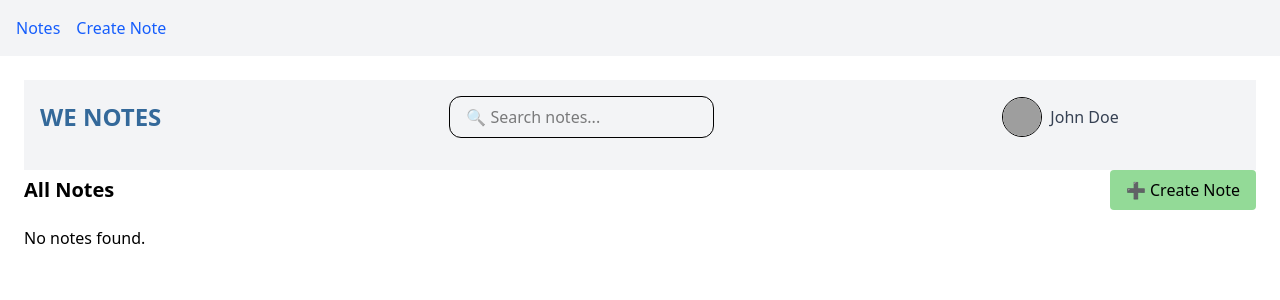
Repository: pin-seavmuy/NoteApplication
Page: / (app in note-vue/)
An editor plug-in stored every save of this project. The page is shown before and after a run of saves, followed by the edit.
The browser window is 1280 px wide. The pictures show the whole page.
Pictures or frames that could not be fetched are drawn as grey boxes. The page's requests for data from a server got no answer. The project was rebuilt for these pictures with package versions that can differ from the ones it lists, and the page was loaded fresh each time. No one was signed in, and anything a server would have sent is missing. Also part of the build but not shown: note-vue/vite.config.ts, note-vue/src/components/NoteWrapper.vue, note-vue/src/views/CreateNote.vue, note-vue/src/views/NoteDetail.vue, note-vue/src/views/UpdateNote.vue.

Above is the page before, as saved 2025-09-16 11:21:31.

After the next 2 saves:
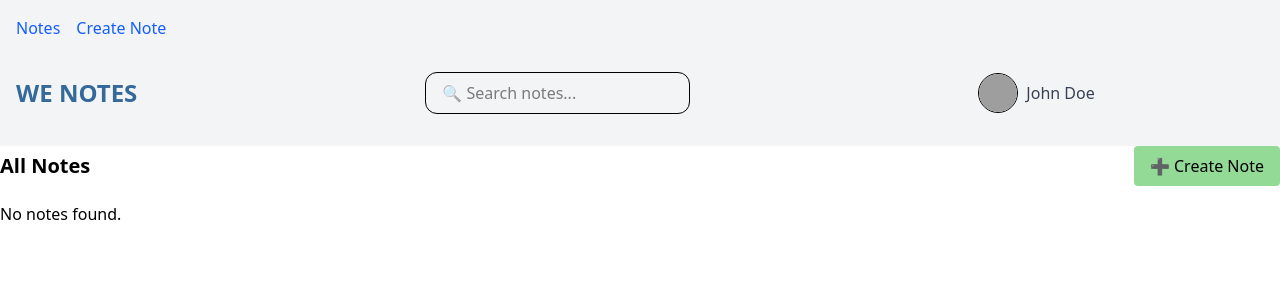
The 2 saves are shown as one change because they came seconds apart.
The last was saved 27 s later.
--- a/note-vue/src/views/NotesList.vue
+++ b/note-vue/src/views/NotesList.vue
@@ -1,5 +1,5 @@
 <template>
-  <div class="p-6">
+  <div class="p-">
     <nav class="p-4 bg-gray-100 flex space-x-4">
       <div class="flex items-center justify-between mb-4 space-x-72">
         <h1 class="text-2xl font-bold " style="color: #34699A;">WE NOTES</h1>
